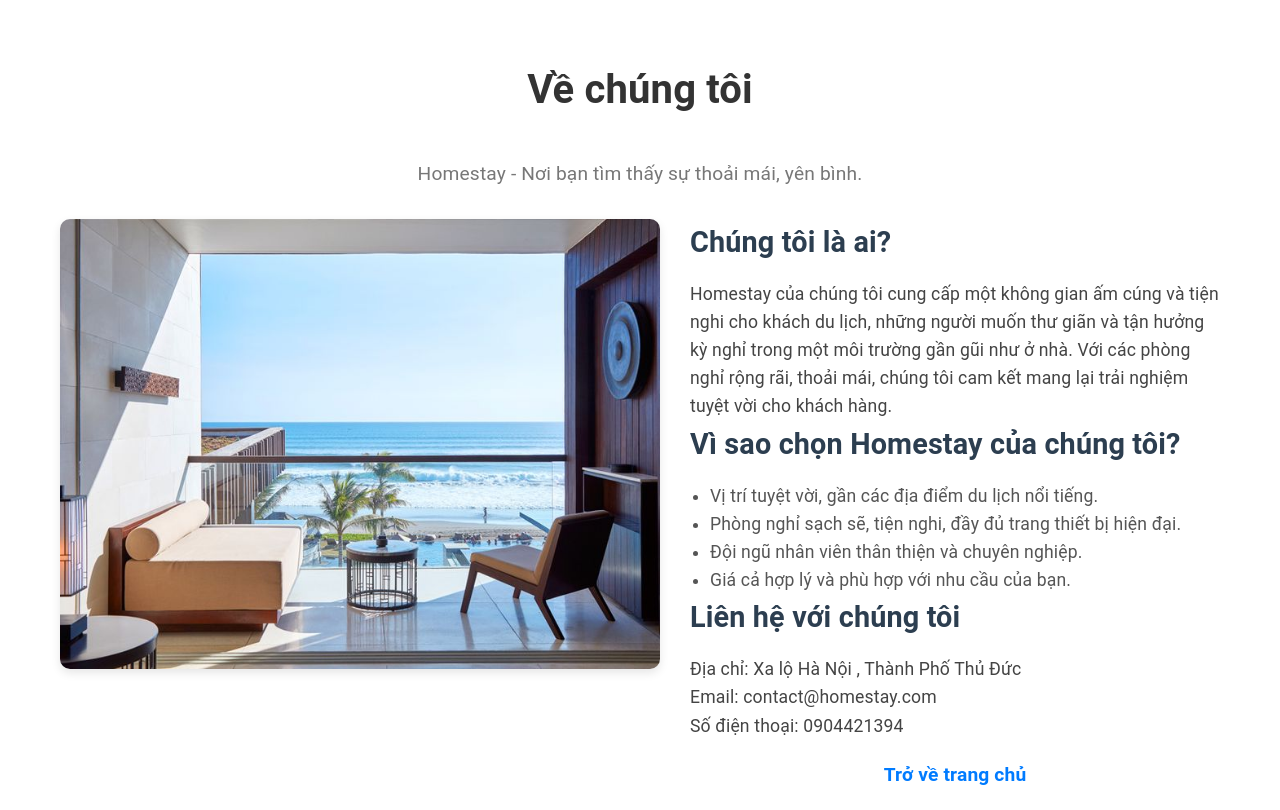
Repository: minhquang203/Homestay
Page: /about-us (app in client/)
An editor plug-in stored every save of this project. The page is shown before and after a run of saves, followed by the edit.
The browser window is 1280 px wide. The pictures show the whole page.
The project was rebuilt for these pictures with package versions that can differ from the ones it lists, and the page was loaded fresh each time. Also part of the build but not shown: client/src/styles/Footer.scss, client/src/components/Footer.jsx, client/src/styles/ListingCard.scss, client/src/components/ListingCard.jsx, client/src/styles/Loader.scss, client/src/components/Loader.jsx, client/src/styles/Navbar.scss, client/src/styles/variable.scss and 24 more.

Above is the page before, as saved 2024-12-09 19:00:31.

### client/public/index.html
<!DOCTYPE html>
<html lang="en">
  <head>
    <meta charset="utf-8" />
    <link rel="icon" href="%PUBLIC_URL%/favicon.ico" />
    <meta name="viewport" content="width=device-width, initial-scale=1" />
    <meta name="theme-color" content="#000000" />
    <meta
      name="description"
      content="Web site created using create-react-app"
    />
    <link rel="apple-touch-icon" href="%PUBLIC_URL%/logo192.png" />
    <link rel="manifest" href="%PUBLIC_URL%/manifest.json" />
    <link rel="preconnect" href="https://fonts.googleapis.com">
    <link rel="preconnect" href="https://fonts.gstatic.com" crossorigin>
    <link href="https://fonts.googleapis.com/css2?family=Nunito:ital,wght@0,200..1000;1,200..1000&display=swap" rel="stylesheet">
    <title>HomeStayMove</title>
  </head>
  <body>
    <div id="root"></div>

  </body>
</html>

### client/src/index.js
import { CssBaseline, ThemeProvider, createTheme } from "@mui/material"; // Thêm vào đây
import React from "react";
import ReactDOM from "react-dom/client";
import { Provider } from "react-redux";
import { PersistGate } from "redux-persist/integration/react";
import App from "./App";
import { persistor, store } from "./Redux/store";

// Tạo theme tùy chỉnh nếu cần thiết
const theme = createTheme({
  palette: {
    primary: {
      main: "#1976d2", // Màu chủ đạo
    },
    secondary: {
      main: "#dc004e", // Màu phụ
    },
  },
});

const root = ReactDOM.createRoot(document.getElementById("root"));
root.render(
  <React.StrictMode>
    <Provider store={store}>
      <PersistGate loading={null} persistor={persistor}>
        <ThemeProvider theme={theme}>
          <CssBaseline />
          <App />
        </ThemeProvider>
      </PersistGate>
    </Provider>
  </React.StrictMode>
);

### client/src/App.js
import { BrowserRouter, Route, Routes } from "react-router-dom";
import './App.css';
import CategoryPage from "./pages/CategoryPage";
import CreateListing from "./pages/CreateListing";
import HomePage from "./pages/HomePage";
import ListingDetails from "./pages/ListingDetails";
import LoginPage from "./pages/LoginPage";
import Profile from "./pages/Profile";
import PropertyList from "./pages/PropertyList";
import RegisterPage from "./pages/RegisterPage";
import ReservationList from "./pages/ReservationList";
import SearchPage from "./pages/SearchPage";
import TripList from "./pages/TripsList";
import AboutUs from "./pages/Useful Links/AboutUs";
import WishList from "./pages/WishList";

function App() {
  return (
    <div>
    <BrowserRouter>
      <Routes>
         <Route path="/" element={<HomePage/>}></Route>
         <Route path="/register" element={<RegisterPage/>}></Route>
         <Route path="/login" element={<LoginPage/>}></Route>
         <Route path="/profile" element={<Profile/>}></Route>
         <Route path="/create-listing" element={<CreateListing/>}></Route>
         <Route path="/properties/:listingId" element={<ListingDetails/>}></Route>
         <Route path="/properties/category/:category" element={<CategoryPage />} />
         <Route path="/properties/search/:search" element={<SearchPage />} />
         <Route path="/:userId/trips" element={<TripList />} />
         <Route path="/:userId/wishList" element={<WishList />} />
         <Route path="/:userId/properties" element={<PropertyList />} />
         <Route path="/:userId/reservations" element={<ReservationList />} />
         <Route path="/about-us" element={<AboutUs />} />
      </Routes>
    </BrowserRouter>
    </div>
  );
}

export default App;

### client/src/Redux/store.js
// store.js
import { configureStore } from "@reduxjs/toolkit";
import {
  persistStore,
  persistReducer,
  FLUSH,
  REHYDRATE,
  PAUSE,
  PERSIST,
  PURGE,
  REGISTER,
} from "redux-persist";
import storage from "redux-persist/lib/storage";
import userReducer from "./state"; // Đảm bảo đúng đường dẫn đến state.js

// Cấu hình Redux Persist
const persistConfig = {
  key: "root", // Tên của key trong localStorage
  version: 1, // Phiên bản của state để khi có thay đổi sẽ cập nhật lại
  storage, // Chọn phương thức lưu trữ, có thể là localStorage hoặc sessionStorage
};

// Tạo persisted reducer từ userReducer
const persistedReducer = persistReducer(persistConfig, userReducer);

// Tạo store với persistedReducer
export const store = configureStore({
  reducer: persistedReducer, // Dùng persisted reducer để lưu trữ trạng thái người dùng
  middleware: (getDefaultMiddleware) =>
    getDefaultMiddleware({
      serializableCheck: {
        ignoredActions: [FLUSH, REHYDRATE, PAUSE, PERSIST, PURGE, REGISTER], // Bỏ qua các action không thể serialize
      },
    }),
});

// Khởi tạo persistor từ store
export const persistor = persistStore(store);

### client/src/App.css
* {
  margin: 0;
  padding: 0;
  box-sizing: border-box;
  font-family: 'Nunito'sans-serif;
}

### client/src/pages/Useful Links/AboutUs.jsx
import React from "react";
import { Link } from "react-router-dom"; // Import Link từ react-router-dom
import "../../styles/AboutUs.scss";

const AboutUs = () => {
  return (
    <div className="about-container">
      <div className="about-header">
        <h1>Về chúng tôi</h1>
        <p>Homestay - Nơi bạn tìm thấy sự thoải mái, yên bình.</p>
      </div>

      <div className="about-content">
        <div className="about-img">
          <img
            src="/assets/Listing 1/7.jpg" // Thay bằng hình ảnh thực tế
            alt="Homestay"
          />
        </div>

        <div className="about-text">
          <h2>Chúng tôi là ai?</h2>
          <p>
            Homestay của chúng tôi cung cấp một không gian ấm cúng và tiện nghi
            cho khách du lịch, những người muốn thư giãn và tận hưởng kỳ nghỉ
            trong một môi trường gần gũi như ở nhà. Với các phòng nghỉ rộng rãi,
            thoải mái, chúng tôi cam kết mang lại trải nghiệm tuyệt vời cho khách
            hàng.
          </p>

          <h2>Vì sao chọn Homestay của chúng tôi?</h2>
          <ul>
            <li>Vị trí tuyệt vời, gần các địa điểm du lịch nổi tiếng.</li>
            <li>Phòng nghỉ sạch sẽ, tiện nghi, đầy đủ trang thiết bị hiện đại.</li>
            <li>Đội ngũ nhân viên thân thiện và chuyên nghiệp.</li>
            <li>Giá cả hợp lý và phù hợp với nhu cầu của bạn.</li>
          </ul>

          <h2>Liên hệ với chúng tôi</h2>
          <p>
            Địa chỉ: Xa lộ Hà Nội , Thành Phố Thủ Đức
            <br />
            Email: contact@homestay.com
            <br />
            Số điện thoại: 0904421394
          </p>

          {/* Thêm liên kết trở về trang chủ */}
          <div className="back-to-home">
            <Link to="/">Trở về trang chủ</Link>
          </div>
        </div>
      </div>
    </div>
  );
};

export default AboutUs;

### client/src/Redux/state.js
import { createSlice } from "@reduxjs/toolkit";

const initialState = {
  user: null, // Thông tin người dùng
  token: null, // Token đăng nhập
};

export const userSlice = createSlice({
  name: "user",
  initialState,
  reducers: {
    // Đăng nhập thành công, lưu thông tin người dùng và token
    setLogin: (state, action) => {
      state.user = action.payload.user;
      state.token = action.payload.token;
    },
    // Đăng xuất, xóa thông tin người dùng và token
    setLogout: (state) => {
      state.user = null;
      state.token = null;
    },
    // Cập nhật thông tin người dùng
    setUserDetails: (state, action) => {
      if (state.user) {
        state.user = { ...state.user, ...action.payload };
      }
    },
    // Cập nhật danh sách properties
    setListings: (state, action) => {
      state.listings = action.payload.listings;
    },
    setTripList: (state, action) => {
      state.user.tripList = action.payload;
    },
    setWishList: (state, action) => {
      state.user.wishList = action.payload;
    },
    setPropertyList: (state, action) => {
      state.user.propertyList = action.payload;
    },
    setReservationList: (state, action) => {
      state.user.reservationList = action.payload;
    },
  },
});

// Export các action để sử dụng
export const {
  setLogin,
  setLogout,
  setUserDetails,
  setListings,
  setTripList,
  setWishList,
  setPropertyList,
  setReservationList,
} = userSlice.actions;

// Export reducer để thêm vào store
export default userSlice.reducer;

### client/src/data.js
import { AiFillCar } from "react-icons/ai";
import {
  BiSolidDryer,
  BiSolidFirstAid,
  BiSolidFridge,
  BiSolidWasher,
  BiWifi,
  BiWorld,
} from "react-icons/bi";
import { BsFillDoorOpenFill, BsPersonWorkspace, BsSnow } from "react-icons/bs";
import {
  FaFireExtinguisher,
  FaKey,
  FaPumpSoap,
  FaShower,
  FaSkiing,
  FaUmbrellaBeach,
} from "react-icons/fa";
import { FaHouseUser, FaKitchenSet, FaPeopleRoof } from "react-icons/fa6";
import {
  GiBarbecue,
  GiBarn,
  GiBoatFishing,
  GiCactus,
  GiCampfire,
  GiCastle,
  GiCaveEntrance,
  GiCctvCamera,
  GiForestCamp,
  GiHeatHaze,
  GiIsland,
  GiToaster,
  GiWindmill,
} from "react-icons/gi";
import { IoDiamond } from "react-icons/io5";
import { MdBalcony, MdMicrowave, MdOutlineVilla, MdPets, MdYard } from "react-icons/md";
import {
  PiBathtubFill,
  PiCoatHangerFill,
  PiTelevisionFill,
} from "react-icons/pi";
import { TbBeach, TbIroning3, TbMountain, TbPool } from "react-icons/tb";

export const categories = [
  {
    label: "All",
    icon: <BiWorld />,
  },
  {
    img: "assets/beach_cat.jpg",
    label: "Beachfront",
    icon: <TbBeach />,
    description: "This property is close to the beach!",
  },
  {
    img: "assets/windmill_cat.webp",
    label: "Windmills",
    icon: <GiWindmill />,
    description: "This property is has windmills!",
  },
  {
    img: "assets/modern_cat.webp",
    label: "Iconic cities",
    icon: <MdOutlineVilla />,
    description: "This property is modern!",
  },
  {
    img: "assets/countryside_cat.webp",
    label: "Countryside",
    icon: <TbMountain />,
    description: "This property is in the countryside!",
  },
  {
    img: "assets/pool_cat.jpg",
    label: "Amazing Pools",
    icon: <TbPool />,
    description: "This is property has a beautiful pool!",
  },
  {
    img: "assets/island_cat.webp",
    label: "Islands",
    icon: <GiIsland />,
    description: "This property is on an island!",
  },
  {
    img: "assets/lake_cat.webp",
    label: "Lakefront",
    icon: <GiBoatFishing />,
    description: "This property is near a lake!",
  },
  {
    img: "assets/skiing_cat.jpg",
    label: "Ski-in/out",
    icon: <FaSkiing />,
    description: "This property has skiing activies!",
  },
  {
    img: "assets/castle_cat.webp",
    label: "Castles",
    icon: <GiCastle />,
    description: "This property is an ancient castle!",
  },
  {
    img: "assets/cave_cat.jpg",
    label: "Caves",
    icon: <GiCaveEntrance />,
    description: "This property is in a spooky cave!",
  },
  {
    img: "assets/camping_cat.jpg",
    label: "Camping",
    icon: <GiForestCamp />,
    description: "This property offers camping activities!",
  },
  {
    img: "assets/arctic_cat.webp",
    label: "Arctic",
    icon: <BsSnow />,
    description: "This property is in arctic environment!",
  },
  {
    img: "assets/desert_cat.webp",
    label: "Desert",
    icon: <GiCactus />,
    description: "This property is in the desert!",
  },
  {
    img: "assets/barn_cat.jpg",
    label: "Barns",
    icon: <GiBarn />,
    description: "This property is in a barn!",
  },
  {
    img: "assets/lux_cat.jpg",
    label: "Luxury",
    icon: <IoDiamond />,
    description: "This property is brand new and luxurious!",
  },
];

export const types = [
  {
    name: "An entire place",
    description: "Guests have the whole place to themselves",
    icon: <FaHouseUser />,
  },
  {
    name: "Room(s)",
    description:
      "Guests have their own room in a house, plus access to shared places",
    icon: <BsFillDoorOpenFill />,
  },
  {
    name: "A Shared Room",
    description:
      "Guests sleep in a room or common area that maybe shared with you or others",
    icon: <FaPeopleRoof />,
  },
];

export const facilities = [
  {
    name: "Bath tub",
    icon: <PiBathtubFill />,
  },
  {
    name: "Personal care products",
    icon: <FaPumpSoap />,
  },
  {
    name: "Outdoor shower",
    icon: <FaShower />,
  },
  {
    name: "Washer",
    icon: <BiSolidWasher />,
  },
  {
    name: "Dryer",
    icon: <BiSolidDryer />,
  },
  {
    name: "Hangers",
    icon: <PiCoatHangerFill />,
  },
  {
    name: "Iron",
    icon: <TbIroning3 />,
  },
  {
    name: "TV",
    icon: <PiTelevisionFill />,
  },
  {
    name: "Dedicated workspace",
    icon: <BsPersonWorkspace />
  },
  {
    name: "Air Conditioning",
    icon: <BsSnow />,
  },
  {
    name: "Heating",
    icon: <GiHeatHaze />,
  },
  {
    name: "Security cameras",
    icon: <GiCctvCamera />,
  },
  {
    name: "Fire extinguisher",
    icon: <FaFireExtinguisher />,
  },
  {
    name: "First Aid",
    icon: <BiSolidFirstAid />,
  },
  {
    name: "Wifi",
    icon: <BiWifi />,
  },
  {
    name: "Cooking set",
    icon: <FaKitchenSet />,
  },
  {
    name: "Refrigerator",
    icon: <BiSolidFridge />,
  },
  {
    name: "Microwave",
    icon: <MdMicrowave />,
  },
  {
    name: "Stove",
    icon: <GiToaster />,
  },
  {
    name: "Barbecue grill",
    icon: <GiBarbecue />,
  },
  {
    name: "Outdoor dining area",
    icon: <FaUmbrellaBeach />,
  },
  {
    name: "Private patio or Balcony",
    icon: <MdBalcony />,
  },
  {
    name: "Camp fire",
    icon: <GiCampfire />,
  },
  {
    name: "Garden",
    icon: <MdYard />,
  },
  {
    name: "Free parking",
    icon: <AiFillCar />,
  },
  {
    name: "Self check-in",
    icon: <FaKey />
  },
  {
    name: " Pet allowed",
    icon: <MdPets />
  }
];

### client/src/styles/AboutUs.scss
@import "./variable.scss";
.about-container {
    padding: 20px;
    max-width: 1200px;
    margin: 0 auto;
  }

  .about-header {
    text-align: center;
    margin-bottom: 30px;
  }

  .about-header h1 {
    font-size: 2.5rem;
    color: #333;
  }

  .about-header p {
    font-size: 1.2rem;
    color: #777;
  }

  .about-content {
    display: flex;
    justify-content: space-between;
    gap: 30px;
  }

  .about-img img {
    width: 100%;
    max-width: 600px;
    height: auto;
    border-radius: 10px;
    box-shadow: 0 4px 10px rgba(0, 0, 0, 0.1);
  }

  .about-text {
    flex: 1;
    line-height: 1.6;
  }

  .about-text h2 {
    font-size: 1.8rem;
    color: #2c3e50;
    margin-bottom: 15px;
  }

  .about-text ul {
    list-style-type: disc;
    padding-left: 20px;
  }

  .about-text ul li {
    font-size: 1.1rem;
    color: #555;
  }

  .about-text p {
    font-size: 1.1rem;
    color: #444;
  }
  /* AboutUs.scss */

.back-to-home {
    margin-top: 20px;
    text-align: center;
  }

  .back-to-home a {
    color: #007bff;
    text-decoration: none;
    font-size: 1.2rem;
    font-weight: bold;
  }

  .back-to-home a:hover {
    text-decoration: underline;
  }
  /* AboutUs.scss */

/* Định nghĩa hiệu ứng chạy chữ */
@keyframes marquee {
    0% {
      transform: translateX(100%);
    }
    100% {
      transform: translateX(-100%);
    }
  }

  /* Style cho đoạn chữ chạy */
  .marquee {
    white-space: nowrap;
    overflow: hidden;
    display: block;
    width: 100%;
    font-size: 1.5rem;
    font-weight: bold;
    color: #007bff;
    animation: marquee 10s linear infinite;
  }

  .marquee-container {
    background-color: #f4f4f4;
    padding: 10px;
    border-radius: 5px;
    box-shadow: 0 2px 5px rgba(0, 0, 0, 0.1);
  }

### client/src/styles/Slide.scss
.slidePage {
  width: 100vw;
  height: 80vh;
  background: linear-gradient(rgba(0, 0, 0, 0.5), rgba(0, 0, 0, 0.5)),
    url("../../public/assets/slide.jpg");
  background-position: center top;
  background-size: contain;

  display: flex;
  justify-content: center;
  align-items: center;
  text-align: center;
  position: relative;

  animation: moveRight 2s ease-out forwards; /* Di chuyển từ trái sang phải */
}

/* Định nghĩa keyframe cho hiệu ứng chuyển động từ trái sang phải */
@keyframes moveRight {
  0% {
    transform: translateX(-100%); /* Bắt đầu bên ngoài màn hình (trái) */
  }
  100% {
    transform: translateX(0); /* Kết thúc tại vị trí ban đầu */
  }
}

h1 {
  padding: 40px 20px;
  font-size: 40px;
  text-align: center;
  color: white;
  z-index: 1; /* Đảm bảo văn bản luôn ở trên hình nền */
  position: relative;
}

After the next 2 saves:
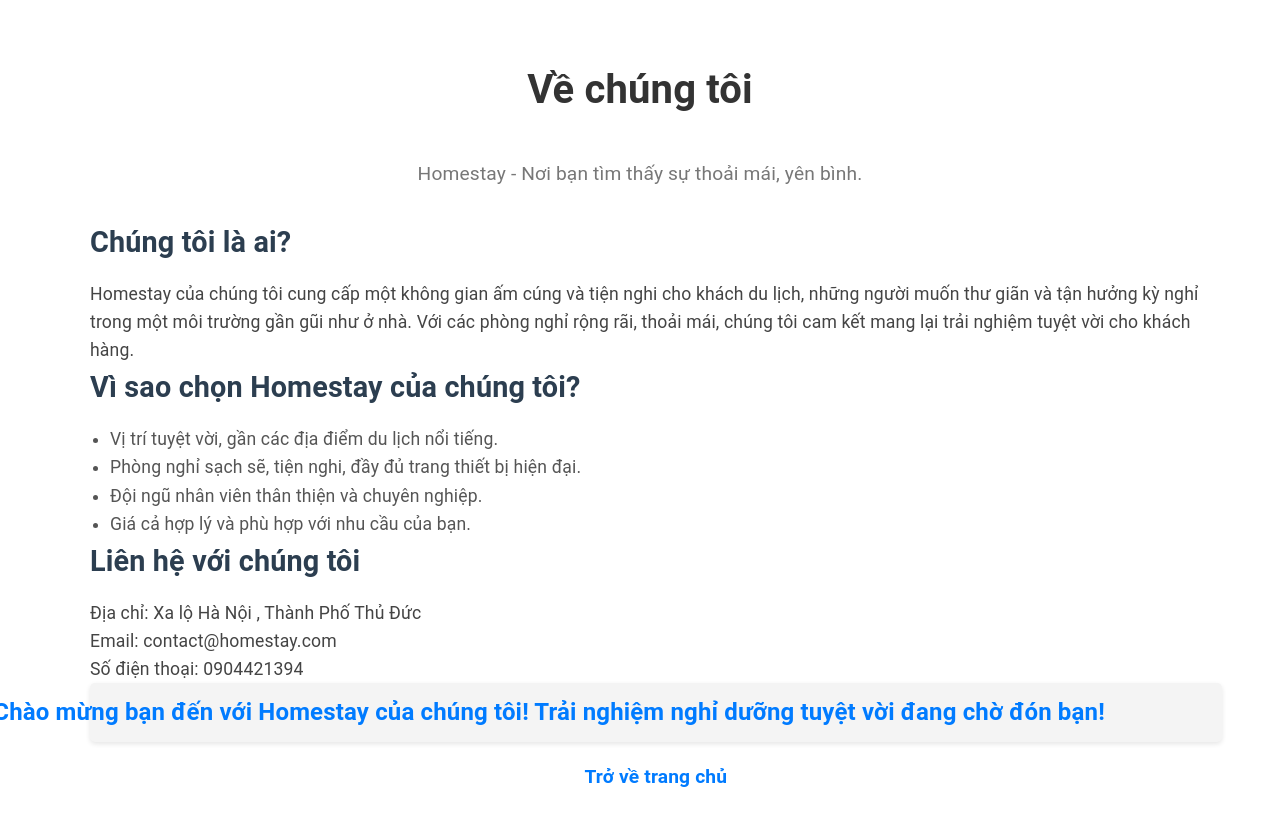
The 2 saves are shown as one change because 1 did not build or start.
The last was saved 46 s later.
--- a/client/src/pages/Useful Links/AboutUs.jsx
+++ b/client/src/pages/Useful Links/AboutUs.jsx
@@ -1,5 +1,5 @@
 import React from "react";
-import { Link } from "react-router-dom"; // Import Link từ react-router-dom
+import { Link } from "react-router-dom";
 import "../../styles/AboutUs.scss";
 
 const AboutUs = () => {
@@ -45,6 +45,13 @@
             Số điện thoại: 0904421394
           </p>
 
+          {/* Thêm dòng chữ chạy */}
+          <div className="marquee-container">
+            <span className="marquee">
+              Chào mừng bạn đến với Homestay của chúng tôi! Trải nghiệm nghỉ dưỡng tuyệt vời đang chờ đón bạn!
+            </span>
+          </div>
+
           {/* Thêm liên kết trở về trang chủ */}
           <div className="back-to-home">
             <Link to="/">Trở về trang chủ</Link>

After the save that followed:
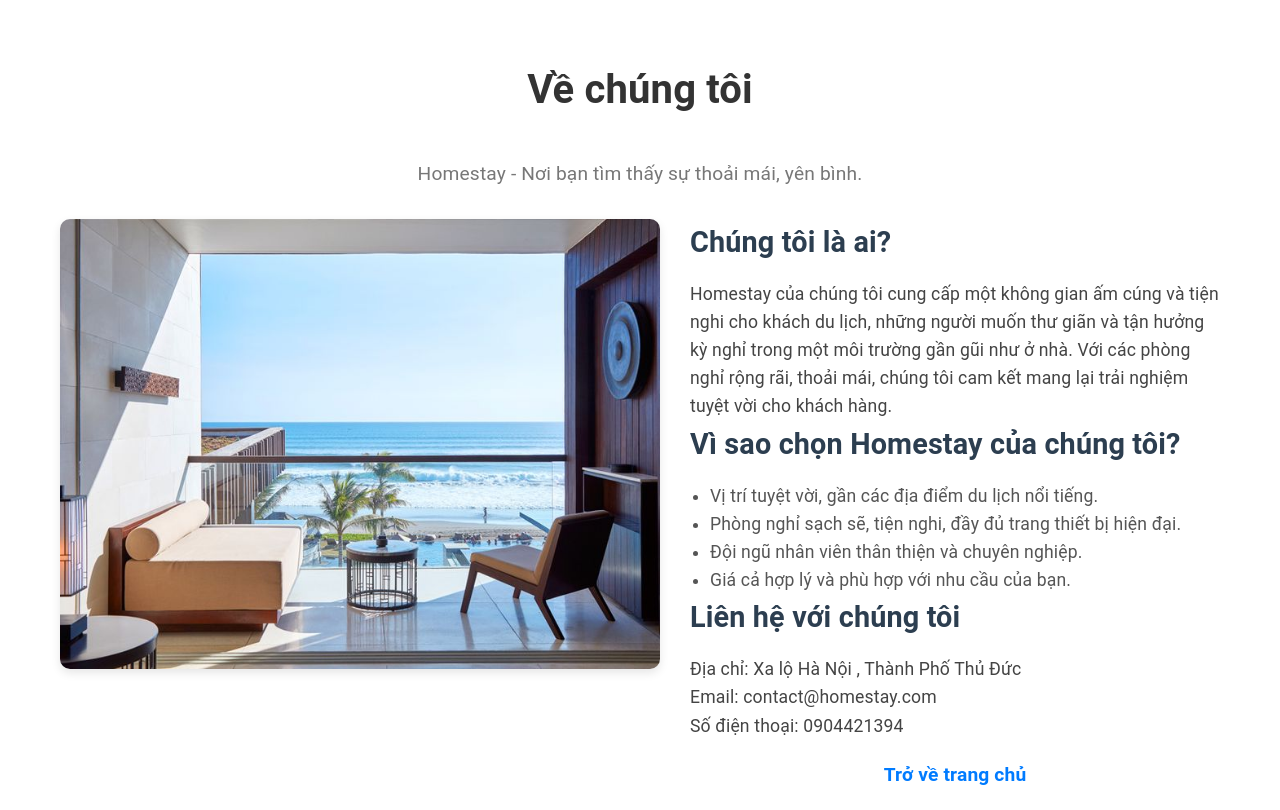
Saved 18 s later.
--- a/client/src/pages/Useful Links/AboutUs.jsx
+++ b/client/src/pages/Useful Links/AboutUs.jsx
@@ -1,5 +1,5 @@
 import React from "react";
-import { Link } from "react-router-dom";
+import { Link } from "react-router-dom"; // Import Link từ react-router-dom
 import "../../styles/AboutUs.scss";
 
 const AboutUs = () => {
@@ -45,13 +45,6 @@
             Số điện thoại: 0904421394
           </p>
 
-          {/* Thêm dòng chữ chạy */}
-          <div className="marquee-container">
-            <span className="marquee">
-              Chào mừng bạn đến với Homestay của chúng tôi! Trải nghiệm nghỉ dưỡng tuyệt vời đang chờ đón bạn!
-            </span>
-          </div>
-
           {/* Thêm liên kết trở về trang chủ */}
           <div className="back-to-home">
             <Link to="/">Trở về trang chủ</Link>
